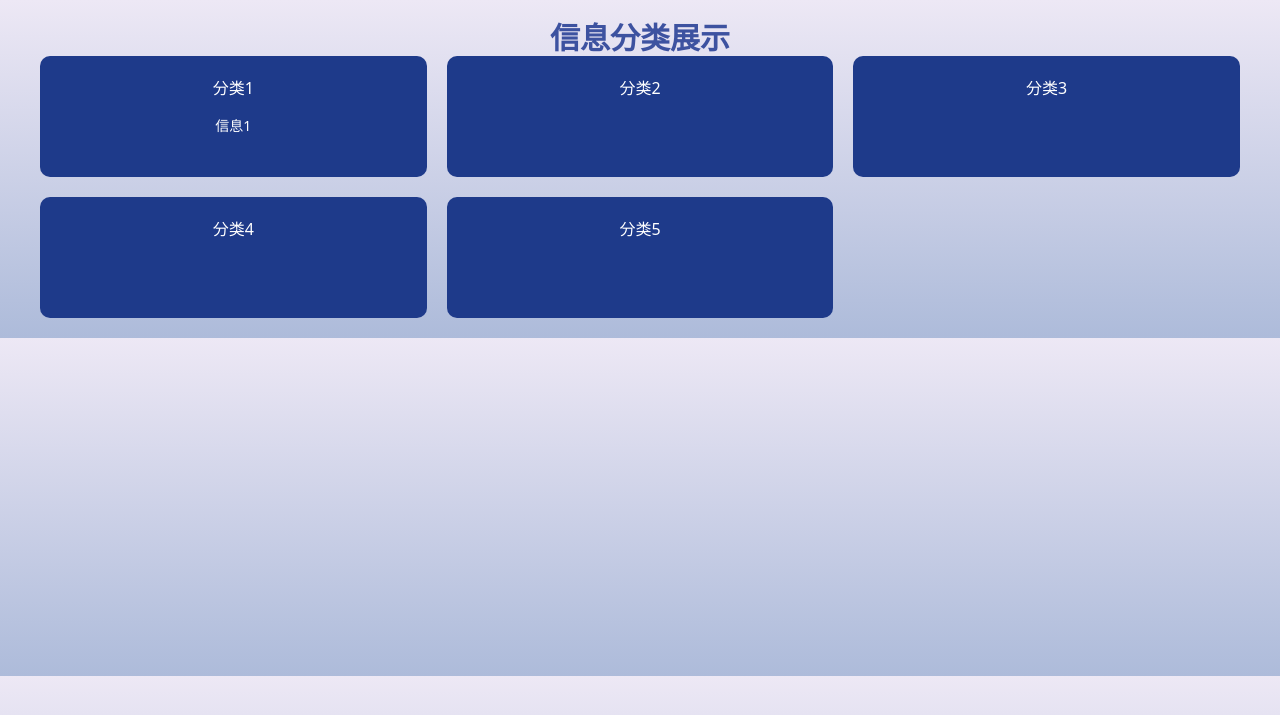
Repository: ulyanacreates/aihack-front
Page: / (app in hack-front/)
These files come from the project's save history. The page is drawn as it stood at one moment and after the next save; the edit follows.
The browser window is 1280 px wide. The pictures show the whole page.
The project was rebuilt for these pictures with package versions that can differ from the ones it lists, and the page was loaded fresh each time.

Above is the page before, as saved 2024-10-26 19:08:32.

### hack-front/src/App.js
import logo from './logo.svg';
import './App.css';
import React, { useState, useEffect } from 'react';

function App() {
  const [data, setData] = useState([]);
  const [selectedCategory, setSelectedCategory] = useState(null);

  useEffect(() => {
    // 模拟从后端获取数据
    const fetchData = async () => {
      // 这里应该是实际的API调用
      const mockData = [
        { id: 1, title: "信息1", category: "分类1", subTags: ["兴趣1", "兴趣2", "兴趣3"], date: "2023-04-15", priority: "高" },
        // ... 更多模拟数据
      ];
      setData(mockData);
    };
    fetchData();
  }, []);

  const categories = ["分类1", "分类2", "分类3", "分类4", "分类5"];

  const renderHomePage = () => (
    <div className="home-page">
      <h1>信息分类展示</h1>
      <div className="category-grid">
        {categories.map(category => (
          <div key={category} className="category-card" onClick={() => setSelectedCategory(category)}>
            <h2>{category}</h2>
            <ul>
              {data.filter(item => item.category === category).slice(0, 3).map(item => (
                <li key={item.id}>{item.title}</li>
              ))}
            </ul>
          </div>
        ))}
      </div>
    </div>
  );

  const renderCategoryPage = () => (
    <div className="category-page">
      <h1>{selectedCategory}</h1>
      <button onClick={() => setSelectedCategory(null)}>返回首页</button>
      <div className="info-list">
        {data.filter(item => item.category === selectedCategory).map(item => (
          <div key={item.id} className="info-card">
            <h3>{item.title}</h3>
            <div className="info-details">
              <span className="info-icon">📄</span>
              <span className="info-tags">{item.subTags.join(", ")}</span>
              <span className="info-date">{item.date}</span>
              <span className="info-priority">{item.priority}</span>
            </div>
          </div>
        ))}
      </div>
    </div>
  );

  return (
    <div className="App">
      {selectedCategory ? renderCategoryPage() : renderHomePage()}
    </div>
  );
}

export default App;

### hack-front/src/App.css
.App {
  text-align: center;
}

.App-logo {
  height: 40vmin;
  pointer-events: none;
}

@media (prefers-reduced-motion: no-preference) {
  .App-logo {
    animation: App-logo-spin infinite 20s linear;
  }
}

.App-header {
  background-color: #282c34;
  min-height: 100vh;
  display: flex;
  flex-direction: column;
  align-items: center;
  justify-content: center;
  font-size: calc(10px + 2vmin);
  color: white;
}

.App-link {
  color: #61dafb;
}

@keyframes App-logo-spin {
  from {
    transform: rotate(0deg);
  }
  to {
    transform: rotate(360deg);
  }
}

.home-page {
  padding: 20px;
}

.category-grid {
  display: grid;
  grid-template-columns: repeat(3, 1fr);
  grid-template-rows: repeat(2, 1fr);
  gap: 20px;
  max-width: 1200px;
  margin: 0 auto;
}

.category-card {
  background-color: #1e3a8a;
  color: white;
  padding: 20px;
  border-radius: 10px;
  cursor: pointer;
  transition: transform 0.3s ease;
}

.category-card:hover {
  transform: scale(1.05);
}

.category-card h2 {
  margin-top: 0;
}

.category-card ul {
  list-style-type: none;
  padding: 0;
}

.category-card li {
  margin-bottom: 5px;
}

Loaded but not shown: hack-front/public/index.html (common file); hack-front/src/index.js (common file); hack-front/src/index.css (common file); hack-front/src/reportWebVitals.js (common file); hack-front/tailwind.config.js (common file)

After the next save:
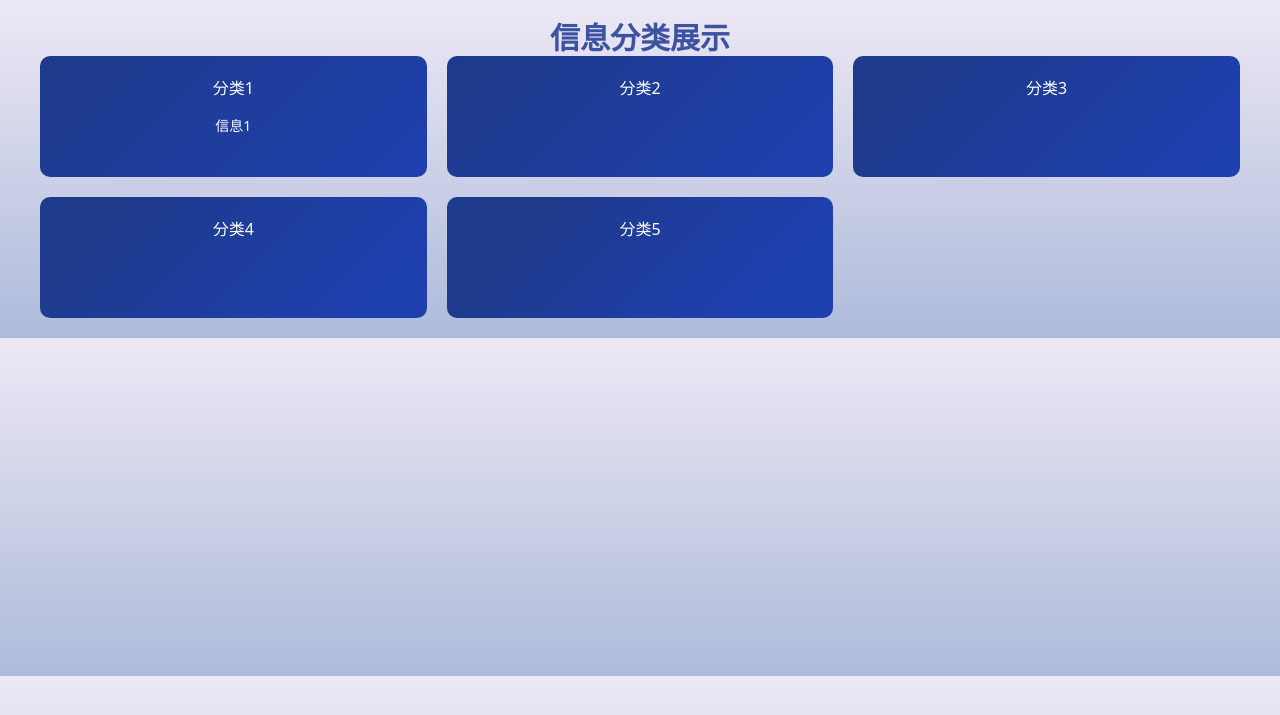
Saved 3 s later.
--- a/hack-front/src/App.js
+++ b/hack-front/src/App.js
@@ -21,24 +21,34 @@ function App() {
 
   const categories = ["分类1", "分类2", "分类3", "分类4", "分类5"];
 
-  const renderHomePage = () => (
-    <div className="home-page">
-      <h1>信息分类展示</h1>
-      <div className="category-grid">
-        {categories.map(category => (
-          <div key={category} className="category-card" onClick={() => setSelectedCategory(category)}>
-            <h2>{category}</h2>
-            <ul>
-              {data.filter(item => item.category === category).slice(0, 3).map(item => (
-                <li key={item.id}>{item.title}</li>
-              ))}
-            </ul>
-          </div>
-        ))}
-      </div>
+  // ... 前面的代码保持不变 ...
+
+const renderHomePage = () => (
+  <div className="home-page">
+    <h1>信息分类展示</h1>
+    <div className="category-grid">
+      {categories.map((category, index) => (
+        <div
+          key={category}
+          className="category-card"
+          onClick={() => setSelectedCategory(category)}
+          style={{
+            background: `linear-gradient(135deg, #1e3a8a ${index * 5}%, #1e40af ${100 - index * 5}%)`
+          }}
+        >
+          <h2>{category}</h2>
+          <ul>
+            {data.filter(item => item.category === category).slice(0, 3).map(item => (
+              <li key={item.id}>{item.title}</li>
+            ))}
+          </ul>
+        </div>
+      ))}
     </div>
-  );
+  </div>
+);
 
+// ... 后面的代码保持不变 ...
   const renderCategoryPage = () => (
     <div className="category-page">
       <h1>{selectedCategory}</h1>
